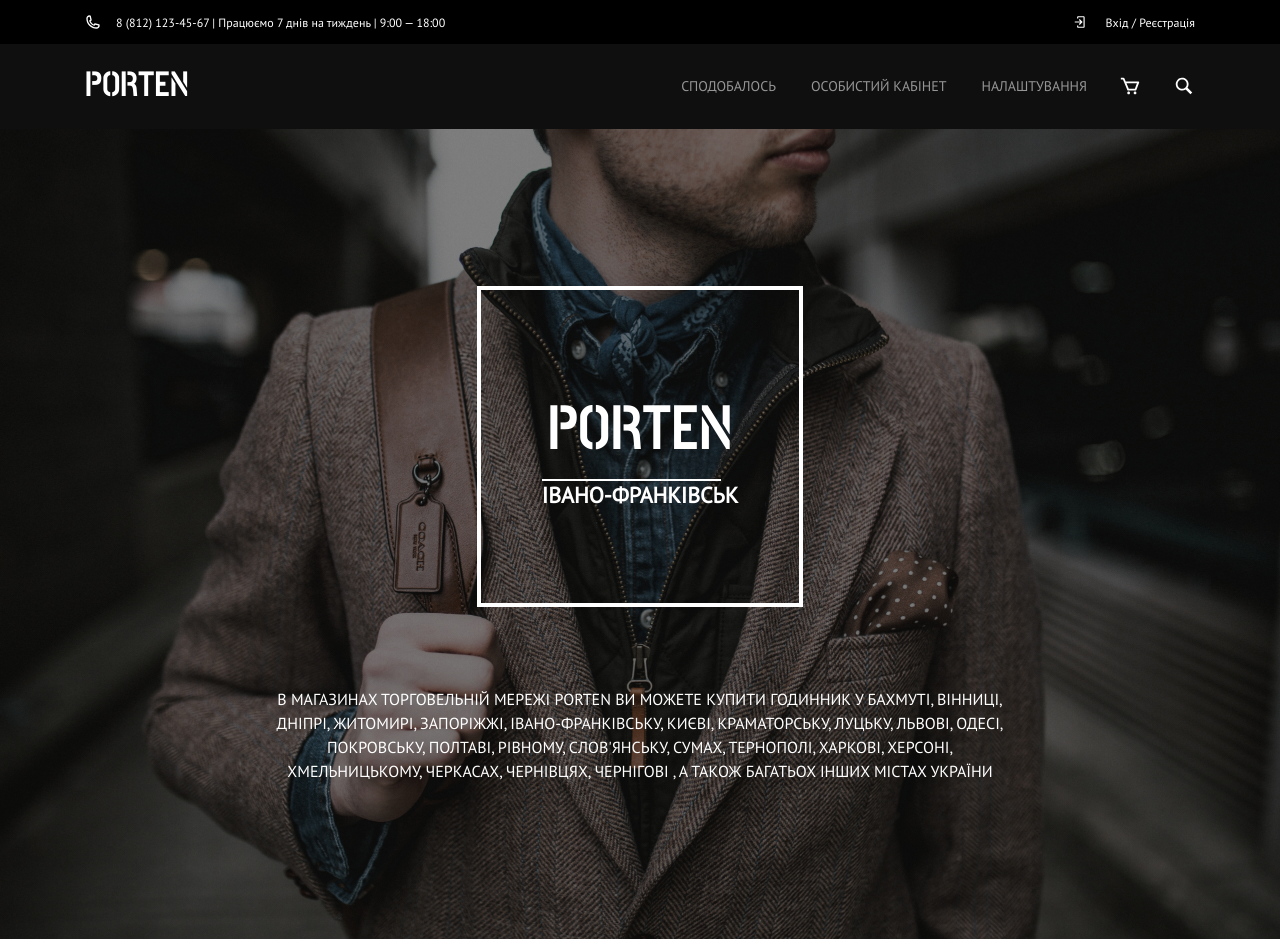
Repository: KYUUBI-K/porten
Page: index.html
An editor plug-in stored every save of this project. The page is shown before and after the next save, followed by the edit.
The browser window is 1280 px wide. The pictures show the whole page.

Above is the page before, as saved 2025-09-09 21:29:34.

### index.html
<!DOCTYPE html>
<html lang="en">
  <head>
    <meta charset="UTF-8" />
    <meta name="viewport" content="width=device-width, initial-scale=1.0" />
    <title>Cappadocia</title>
    <link rel="stylesheet" href="./styles.css" />
    <script defer src="./index.js"></script>
  </head>
  <body>
    <header class="header">
      <div class="top-line">
        <div class="wrapper">
          <div class="top-line-content">
            <div class="info">
              <svg
                width="16"
                height="16"
                viewBox="0 0 16 16"
                fill="none"
                xmlns="http://www.w3.org/2000/svg"
              >
                <path
                  d="M11.6 14.6667C8.87817 14.6631 6.26886 13.5803 4.34425 11.6557C2.41964 9.73112 1.33684 7.1218 1.33331 4.39999C1.33331 3.58666 1.65641 2.80665 2.23152 2.23153C2.80663 1.65642 3.58665 1.33333 4.39998 1.33333C4.57221 1.33202 4.74415 1.34765 4.91331 1.37999C5.07685 1.4042 5.23762 1.44439 5.39331 1.49999C5.50281 1.53841 5.60039 1.60475 5.67639 1.69244C5.75239 1.78014 5.80418 1.88615 5.82665 1.99999L6.73998 5.99999C6.7646 6.10857 6.76163 6.22158 6.73136 6.32872C6.70108 6.43585 6.64445 6.5337 6.56665 6.61333C6.47998 6.70666 6.47331 6.71333 5.65331 7.13999C6.30998 8.58057 7.46211 9.73743 8.89998 10.4C9.33331 9.57333 9.33998 9.56666 9.43331 9.47999C9.51294 9.40219 9.61079 9.34556 9.71792 9.31528C9.82506 9.28501 9.93807 9.28204 10.0466 9.30666L14.0466 10.22C14.1568 10.2456 14.2587 10.2988 14.3427 10.3746C14.4267 10.4504 14.49 10.5463 14.5266 10.6533C14.5829 10.8116 14.6253 10.9744 14.6533 11.14C14.6801 11.3075 14.6935 11.477 14.6933 11.6467C14.681 12.4565 14.3488 13.2286 13.7693 13.7944C13.1897 14.3602 12.4099 14.6738 11.6 14.6667V14.6667ZM4.39998 2.66666C3.94081 2.66842 3.50095 2.8516 3.17627 3.17628C2.85158 3.50097 2.6684 3.94083 2.66665 4.39999C2.66841 6.76872 3.61017 9.03992 5.28511 10.7149C6.96005 12.3898 9.23125 13.3316 11.6 13.3333C12.0591 13.3316 12.499 13.1484 12.8237 12.8237C13.1484 12.499 13.3316 12.0592 13.3333 11.6V11.38L10.24 10.6667L10.0466 11.0333C9.74665 11.6133 9.52665 12.0333 8.96665 11.8067C7.8619 11.4112 6.85911 10.7747 6.03114 9.94325C5.20316 9.11181 4.57079 8.10638 4.17998 6.99999C3.93998 6.47999 4.39331 6.23999 4.96665 5.93999L5.33331 5.75999L4.61998 2.66666H4.39998Z"
                  fill="white"
                />
              </svg>
              8 (812) 123-45-67 | Працюємо 7 днів на тиждень | 9:00 — 18:00
            </div>
            <div class="login">
              <svg
                width="14"
                height="14"
                viewBox="0 0 14 14"
                fill="none"
                xmlns="http://www.w3.org/2000/svg"
              >
                <path
                  d="M5.25001 1.16675H10.5C11.1417 1.16675 11.6667 1.69175 11.6667 2.33341V11.6667C11.6667 12.3084 11.1417 12.8334 10.5 12.8334H5.25001C4.60834 12.8334 4.08334 12.3084 4.08334 11.6667V10.5001H5.25001V11.6667H10.5V2.33341H5.25001V3.50008H4.08334V2.33341C4.08334 1.69175 4.60834 1.16675 5.25001 1.16675Z"
                  fill="white"
                />
                <path
                  d="M5.88583 9.09409L6.70833 9.91659L9.625 6.99992L6.70833 4.08325L5.88583 4.90575L7.39083 6.41659H1.75V7.58325H7.39083L5.88583 9.09409Z"
                  fill="white"
                />
              </svg>
              Вхід / Реєстрація
            </div>
          </div>
        </div>
      </div>
      <div class="bot-line">
        <div class="wrapper">
          <div class="bot-line-content">
            <div class="header-logo">PORTEN</div>
            <nav class="header-menu">
              <ul class="header-menu-list">
                <li class="header-menu-item">
                  <a class="header-menu-link" href="#liked">cподобалось</a>
                </li>
                <li class="header-menu-item">
                  <a class="header-menu-link" href="#office"
                    >Особистий кабінет</a
                  >
                </li>
                <li class="header-menu-item">
                  <a class="header-menu-link" href="#settings">налаштування</a>
                </li>
              </ul>
              <svg
                width="22"
                height="22"
                viewBox="0 0 22 22"
                fill="none"
                xmlns="http://www.w3.org/2000/svg"
              >
                <path
                  d="M20.0035 6.81175C19.9192 6.6899 19.8066 6.59031 19.6754 6.5215C19.5441 6.45269 19.3982 6.41672 19.25 6.41667H6.72193L5.66409 3.8775C5.52539 3.54312 5.29052 3.25746 4.98927 3.05673C4.68801 2.856 4.33393 2.74925 3.97193 2.75H1.83334V4.58334H3.97193L8.32059 15.0196C8.39025 15.1866 8.50775 15.3292 8.65831 15.4295C8.80887 15.5298 8.98575 15.5834 9.16668 15.5833H16.5C16.8823 15.5833 17.2242 15.3459 17.3589 14.9893L20.1089 7.656C20.1609 7.51724 20.1785 7.36794 20.1601 7.22091C20.1417 7.07387 20.088 6.93348 20.0035 6.81175ZM15.8648 13.75H9.77809L7.48643 8.25H17.9273L15.8648 13.75Z"
                  fill="white"
                />
                <path
                  d="M9.625 19.25C10.3844 19.25 11 18.6344 11 17.875C11 17.1156 10.3844 16.5 9.625 16.5C8.86561 16.5 8.25 17.1156 8.25 17.875C8.25 18.6344 8.86561 19.25 9.625 19.25Z"
                  fill="white"
                />
                <path
                  d="M16.0417 19.25C16.8011 19.25 17.4167 18.6344 17.4167 17.875C17.4167 17.1156 16.8011 16.5 16.0417 16.5C15.2823 16.5 14.6667 17.1156 14.6667 17.875C14.6667 18.6344 15.2823 19.25 16.0417 19.25Z"
                  fill="white"
                />
              </svg>
              <svg
                width="22"
                height="22"
                viewBox="0 0 22 22"
                fill="none"
                xmlns="http://www.w3.org/2000/svg"
              >
                <path
                  d="M19.25 17.4167L14.5255 12.6922C15.3989 11.3648 15.7488 9.76053 15.5073 8.18999C15.2658 6.61945 14.4501 5.19437 13.2182 4.19068C11.9864 3.18698 10.4259 2.67606 8.83895 2.75684C7.252 2.83762 5.75147 3.50434 4.62788 4.62794C3.50428 5.75153 2.83755 7.25206 2.75678 8.83901C2.676 10.426 3.18692 11.9864 4.19061 13.2183C5.19431 14.4502 6.61939 15.2658 8.18993 15.5073C9.76047 15.7488 11.3648 15.399 12.6922 14.5256L17.4167 19.2501L19.25 17.4167ZM4.58335 9.16675C4.58335 6.6395 6.63944 4.58341 9.16669 4.58341C11.6939 4.58341 13.75 6.6395 13.75 9.16675C13.75 11.694 11.6939 13.7501 9.16669 13.7501C6.63944 13.7501 4.58335 11.694 4.58335 9.16675Z"
                  fill="white"
                />
              </svg>
            </nav>
          </div>
        </div>
      </div>
    </header>
    <section class="banner">
      <div class="banner-logo">
        <h1 class="banner-title">PORTEN</h1>
        <svg
          class="line"
          width="179"
          height="2"
          viewBox="0 0 179 2"
          fill="none"
          xmlns="http://www.w3.org/2000/svg"
        >
          <line
            x1="-8.74228e-08"
            y1="1"
            x2="179"
            y2="0.999984"
            stroke="white"
            stroke-width="2"
          />
        </svg>
        <h2 class="banner-subtitle">івано-франківськ</h2>
      </div>
      <div class="banner-info">
        В магазинах Торговельній мережі Porten ви можете купити годинник у
        Бахмуті, Вінниці, Дніпрі, Житомирі, Запоріжжі, Івано-Франківську, Києві,
        Краматорську, Луцьку, Львові, Одесі, Покровську, Полтаві, Рівному,
        Слов'янську, Сумах, Тернополі, Харкові, Херсоні, Хмельницькому,
        Черкасах, Чернівцях, Чернігові , а також багатьох інших містах України
      </div>
    </section>
  </body>
</html>

### styles.css
@font-face {
  font-family: "PT Sans";
  src: url("./fonts/PTSans-Regular.woff2") format("woff2");
  font-weight: 400;
  font-style: normal;
  font-display: swap;
}

@font-face {
  font-family: "Playfair Display";
  src: url("./fonts/PlayfairDisplay-Regular.woff2") format("woff2");
  font-weight: 400;
  font-style: normal;
  font-display: swap;
}

@font-face {
  font-family: "Playfair Display";
  src: url("./fonts/PlayfairDisplay-Bold.woff2") format("woff2");
  font-weight: 700;
  font-style: normal;
  font-display: swap;
}

@font-face {
  font-family: "Post No Bills Jaffna";
  src: url("./fonts/PostNoBillsJaffna-Bold.woff2") format("woff2");
  font-weight: 700;
  font-style: normal;
  font-display: swap;
}

html {
  box-sizing: border-box;
}
*,
*::before,
*::after {
  box-sizing: inherit;
  margin: 0;
  padding: 0;
}

:root {
  --color-dark: #000000;
  --color-light-dark: #0f0f0f;
  --color-white: #ffffff;
  --light-gray: #d0d0d0;
  --color-gray: #969696;

  --border: 1px solid var(--color-white);

  --font-family-base: "PT Sans", sans-serif;
  --font-family-accent: "Playfair Display", sans-serif;
  --font-family-logo: "Post No Bills Jaffna", sans-serif;

  --input-height: 47px;
}

body {
  font-size: 14px;
  font-family: var(--font-family-base);
  background-color: var(--color-dark);
  color: var(--color-white);
}

li {
  list-style: none;
}
a {
  text-decoration: none;
  color: inherit;
}
.wrapper {
  margin: 0 auto;
  max-width: 1110px;
}

.top-line-content {
  font-family: var(--font-family-base);
  font-size: 12px;
  display: flex;
  justify-content: space-between;
  padding: 14px 0px;
}
.info {
  display: flex;
  align-items: center;
  column-gap: 15px;
}

.login {
  display: flex;
  align-items: center;
  column-gap: 19px;
}

.bot-line {
  background-color: var(--color-light-dark);
}

.bot-line-content {
  display: flex;
  justify-content: space-between;
  padding: 15px 0 16px 0;
}

.header-menu {
  font-family: var(--font-family-base);
  font-size: 14px;
  color: var(--color-gray);
  display: flex;
  justify-content: space-between;
  gap: 32px;
  align-items: center;
}
.header-menu-list {
  display: flex;
  text-transform: uppercase;
  gap: 35px;
}
.header-logo {
  font-family: var(--font-family-logo);
  font-size: 36px;
}

.banner {
  position: relative;
  display: flex;
  flex-direction: column;
  justify-content: center;
  align-items: center;
  text-align: center;
  text-transform: uppercase;
  min-height: 810px;
  background: linear-gradient(
      0deg,
      rgba(15, 15, 15, 0.5) 0%,
      rgba(15, 15, 15, 0.5) 100%
    ),
    url(/images/Rectangle\ 3.png) lightgray 50% / cover no-repeat;
}
.banner-logo {
  margin-bottom: 80px;
  border: 4px solid #fff;
  padding: 93px 61px 94px 61px;
}
.banner-title {
  font-family: var(--font-family-logo);
  font-size: 64px;
  font-weight: 700;
  margin: 0;
}

.banner-subtitle {
  font-family: var(--font-family-base);
  font-size: 22px;
}

.banner-info {
  font-family: var(--font-family-base);
  font-size: 16px;
  font-style: normal;
  font-weight: 400;
  line-height: 150%;
  max-width: 730px;
}
.line {
  display: block;
}

### index.js
document.addEventListener("DOMContentLoaded", () => {
  const sliders = document.querySelectorAll(".route-slider, .about-slider");

  sliders.forEach((slider) => {
    const slidesContainer = slider.querySelector(".slides");
    const slides = slider.querySelectorAll(".slide");
    const prevBtn = slider.querySelector(".prev");
    const nextBtn = slider.querySelector(".next");

    let currentIndex = 0;

    function updateSlide() {
      slidesContainer.style.transform = `translateX(-${currentIndex * 100}%)`;
    }

    nextBtn.addEventListener("click", () => {
      currentIndex++;
      if (currentIndex >= slides.length) {
        currentIndex = 0;
      }
      updateSlide();
    });

    prevBtn.addEventListener("click", () => {
      currentIndex--;
      if (currentIndex < 0) {
        currentIndex = slides.length - 1;
      }
      updateSlide();
    });
  });
});

After the next save:
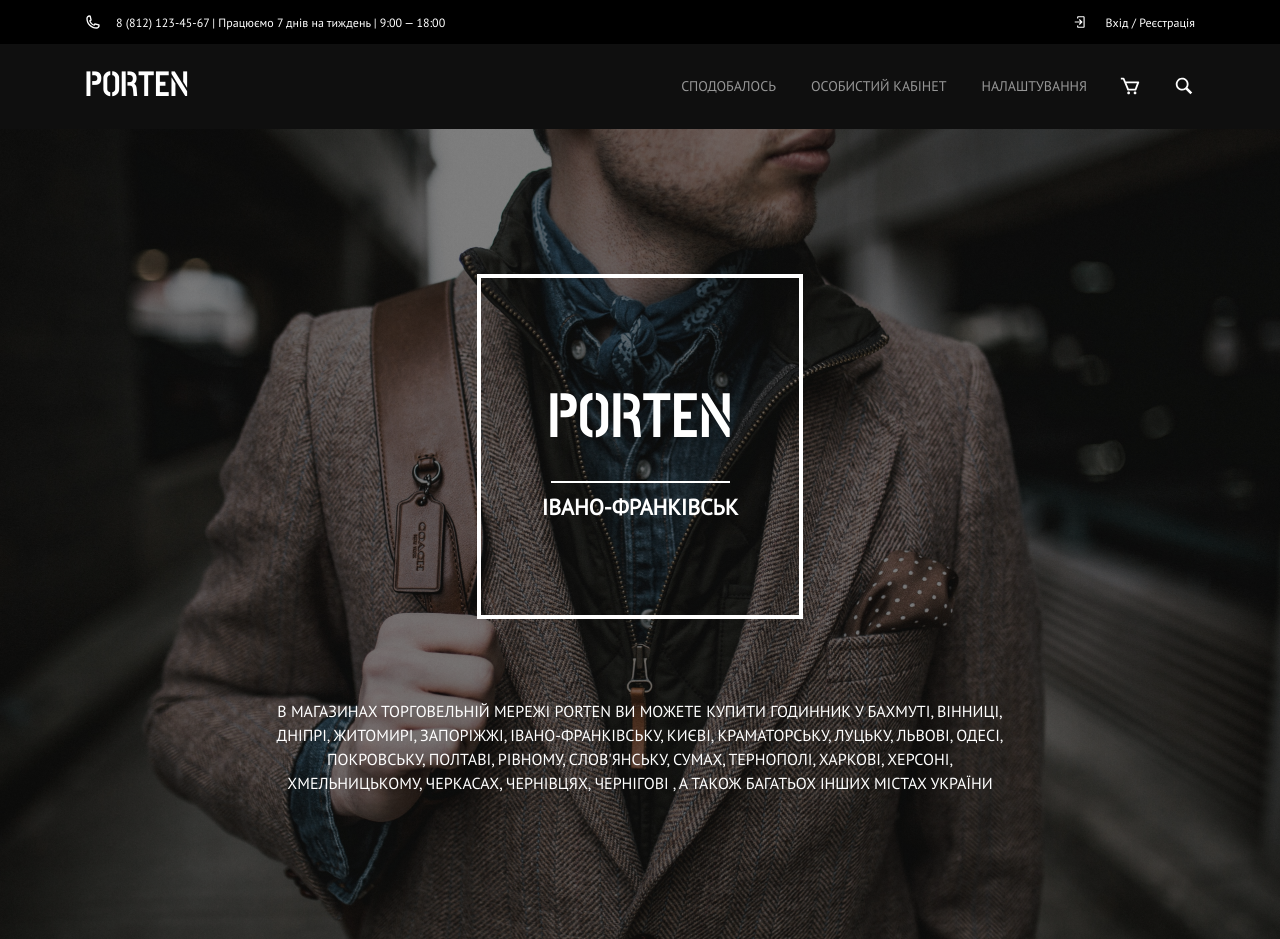
Saved 9 s later.
--- a/styles.css
+++ b/styles.css
@@ -167,4 +167,5 @@
 }
 .line {
   display: block;
+  margin: 14px auto 10px;
 }

After the save that followed:
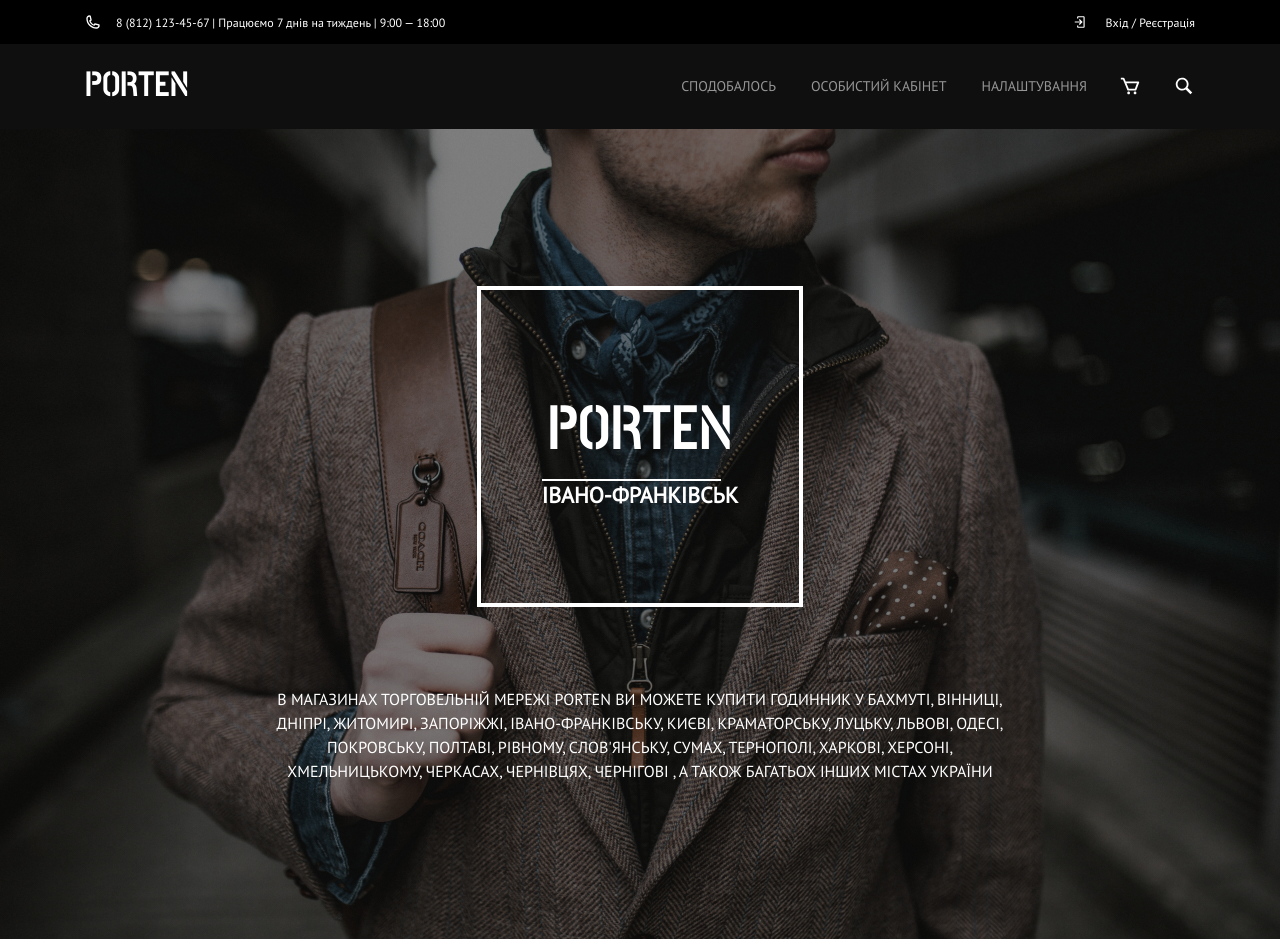
Saved 6 s later.
--- a/styles.css
+++ b/styles.css
@@ -167,5 +167,4 @@
 }
 .line {
   display: block;
-  margin: 14px auto 10px;
 }
